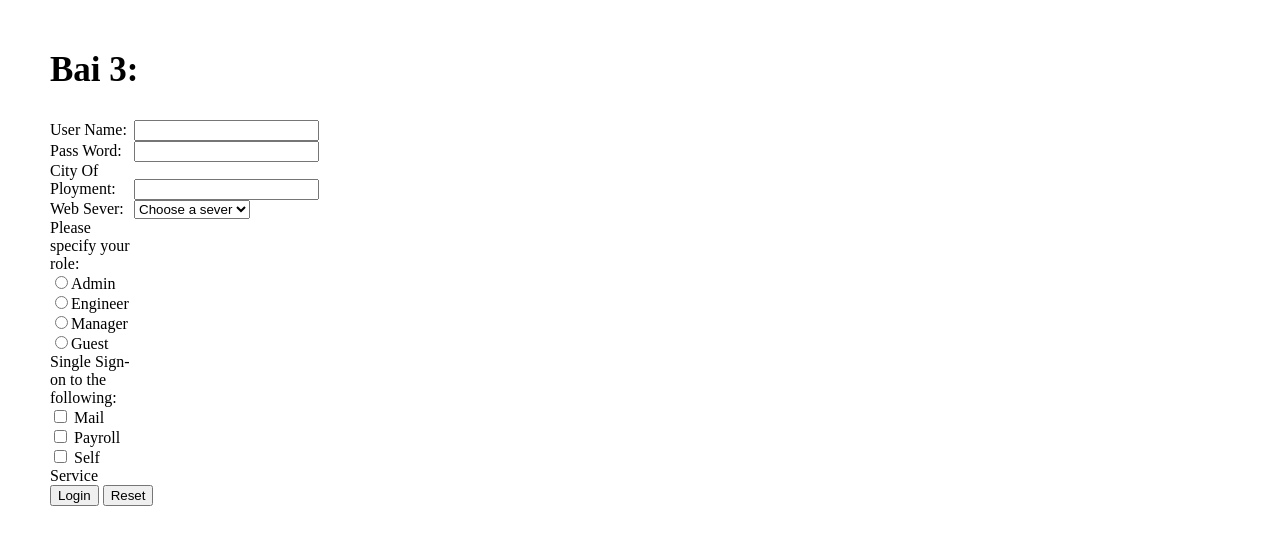
Repository: truongtn04/f8-fullstack-k5
Page: day03/ex03.html
These files come from the project's save history. The page is drawn as it stood at one moment and after the next save; the edit follows.
The browser window is 1280 px wide. The pictures show the whole page.

Above is the page before, as saved 2023-11-27 11:54:22.

### day03/ex03.html
<!DOCTYPE html>
<html lang="en">
<head>
    <meta charset="UTF-8">
    <meta name="viewport" content="width=device-width, initial-scale=1.0">
    <title>Document</title>
    <link rel="stylesheet" href="css/ex03.css">
</head>
<body>
    <b>Bai 3:</b>
    <form action="">
        <div class="form-item">
            <label for="name">User Name:</label>
            <input type="text" required id="name">
        </div>
        <div class="form-item">
            <label for="password">Pass Word:</label>
            <input type="password" id="password" required>
        </div>
        <div class="form-item">
            <label for="city">City Of Ployment:</label>
            <input type="text" id="city" required>
        </div>
        <div class="form-item">
            <label for="sever">Web Sever:</label>
            <select name="" id="sever">
                <option value="1">Choose a sever</option>
                <option value="2">1</option>
                <option value="3">2</option>
                <option value="4">3</option>
            </select>
        </div>
        <div class="form-item">
            <label>Please specify your role:
            </label>
            <div class="form-item__list">
                <div class="form-item__option">
                    <label><input type="radio">Admin</label>
                </div>
                <div class="form-item__option">
                    <label>
                        <input type="radio">Engineer
                    </label>
                </div>
                <div class="form-item__option">
                    <label>
                        <input type="radio">Manager
                    </label>
                </div>
                <div class="form-item__option">
                    <label>
                        <input type="radio">Guest
                    </label>
                </div>
            </div>
        </div>
        <div class="form-item">
            <label>Single Sign-on to the following:</label>
            <div class="form-item__list">
                <div class="form-item__select">
                    <label>
                        <input type="checkbox">
                        <span>Mail</span>
                    </label>
                </div>
                <div class="form-item__select">
                    <label>
                        <input type="checkbox">
                        <span>Payroll</span>
                    </label>
                </div>
                <div class="form-item__select">
                    <label>
                        <input type="checkbox">
                        <span>Self Service</span>
                    </label>
                </div>
            </div>
        </div>
        <button>Login</button>
        <button type="reset">Reset</button>
    </form>
</body>
</html>

### day03/css/ex03.css
body{
    margin: 50px 50px;
    width: 700px;
}
b{
    font-size: 35px;
    display: inline-block;
    margin-bottom: 30px;
}
.form-item label{
    width: 80px;
    display: inline-block;
}

After the next save:
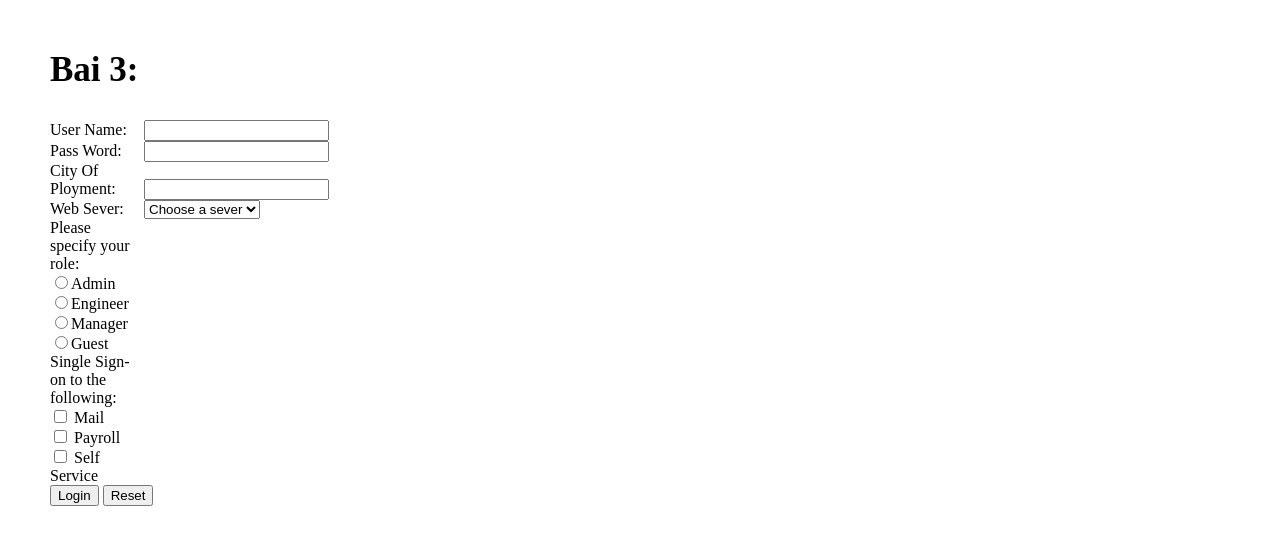
Saved 6 s later.
--- a/day03/css/ex03.css
+++ b/day03/css/ex03.css
@@ -8,6 +8,6 @@ b{
     margin-bottom: 30px;
 }
 .form-item label{
-    width: 80px;
+    width: 90px;
     display: inline-block;
 }
